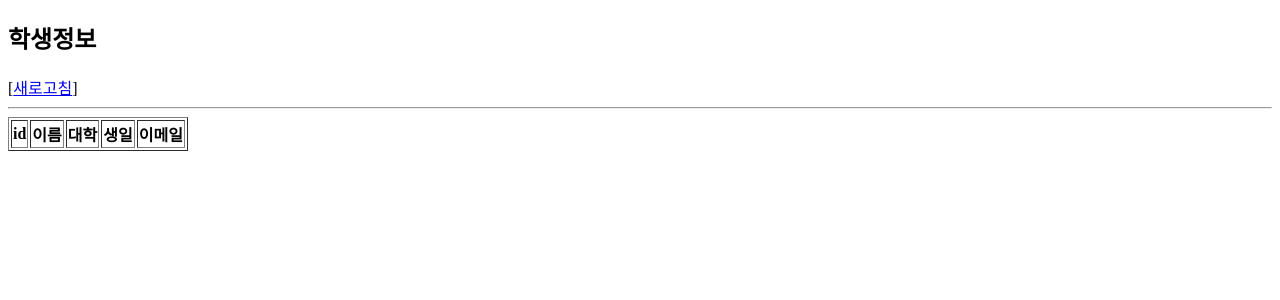
Repository: HappiKing/KNU_Database_ORACLE
Page: http://localhost/gg/studentControl
The author's editor kept a copy of each file at every save. The page is drawn from the files as they stood at one save, then again after the next save.
The browser window is 1280 px wide. The pictures show the whole page.
The page is served by Tomcat 9. Other server files are loaded and not shown. Queries for data that is not in the repository find no rows.

Above is the page before, as saved 2024-06-17 02:37:45.

### DB_futsal/test/gg/src/main/webapp/ch09/studentInfo.jsp
<%@ page language="java" contentType="text/html; charset=UTF-8"
    pageEncoding="UTF-8"%>
<%@ taglib uri="http://java.sun.com/jsp/jstl/core" prefix="c" %>

<!DOCTYPE html>
<html>
<head>
<meta charset="UTF-8">
<title>학생 정보</title>
</head>
<body>
  <h2>학생정보</h2>[<a href="/gg/studentControl">새로고침</a>]
  <hr>
  <table border = "1">
    <tr>
      <th>id</th>
      <th>이름</th>
      <th>대학</th>
      <th>생일</th>
      <th>이메일</th>
    </tr>
    <c:forEach items = "${students}" var="s">
      <tr>
        <td>${s.id }</td>
        <td>${s.username }</td>
        <td>${s.univ }</td>
        <td>${s.birth }</td>
        <td>${s.email }</td>
      </tr>
    </c:forEach>
  </table>
</body>
</html>

### DB_futsal/test/gg/src/main/java/ch09/studentControl.java
package ch09;

import java.io.IOException;

import javax.servlet.ServletConfig;
import javax.servlet.ServletException;
import javax.servlet.annotation.WebServlet;
import javax.servlet.http.HttpServlet;
import javax.servlet.http.HttpServletRequest;
import javax.servlet.http.HttpServletResponse;

import org.apache.commons.beanutils.BeanUtils;

/**
 * Servlet implementation class studentControl
 */
@WebServlet("/studentControl")
public class studentControl extends HttpServlet {
	private static final long serialVersionUID = 1L;

	StudentDAO dao;

	public void init(ServletConfig config) throws ServletException {
		super.init(config);
		dao = new StudentDAO();
	}

	protected void service(HttpServletRequest request, HttpServletResponse response) throws ServletException, IOException {
		// TODO Auto-generated method stub
		request.setCharacterEncoding("utf-8");
		String action = request.getParameter("action");
		String view ="";

		if(action == null) {
			getServletContext().getRequestDispatcher("/studentControl?action=list").forward(request, response);
		} else {
			switch(action) {
			case "list": view = list(request, response); break;
			}
			getServletContext().getRequestDispatcher("/ch09/" + view).forward(request, response);
		}
	}

	private String list(HttpServletRequest request, HttpServletResponse response) {
		request.setAttribute("students", dao.getAll());
		return "studentInfo.jsp";
	}


}

After the next save:
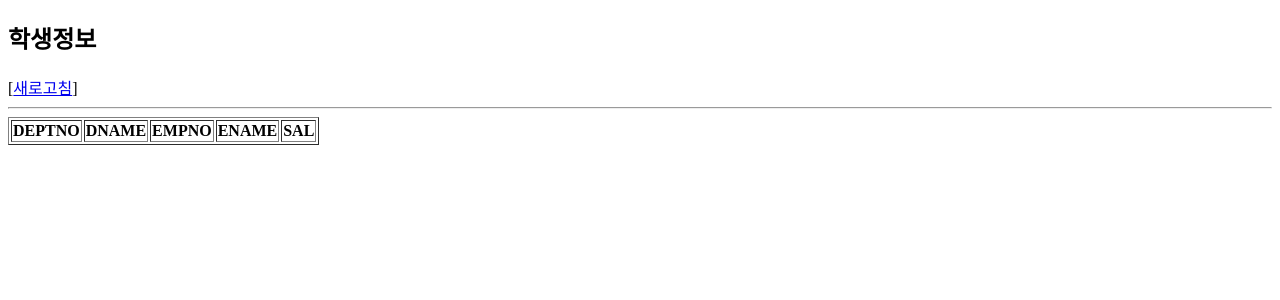
Saved 5 min 32 s later.
--- a/DB_futsal/test/gg/src/main/webapp/ch09/studentInfo.jsp
+++ b/DB_futsal/test/gg/src/main/webapp/ch09/studentInfo.jsp
@@ -13,19 +13,19 @@
   <hr>
   <table border = "1">
     <tr>
-      <th>id</th>
-      <th>이름</th>
-      <th>대학</th>
-      <th>생일</th>
-      <th>이메일</th>
+      <th>DEPTNO</th>
+      <th>DNAME</th>
+      <th>EMPNO</th>
+      <th>ENAME</th>
+      <th>SAL</th>
     </tr>
     <c:forEach items = "${students}" var="s">
       <tr>
-        <td>${s.id }</td>
-        <td>${s.username }</td>
-        <td>${s.univ }</td>
-        <td>${s.birth }</td>
-        <td>${s.email }</td>
+        <td>${s.DEPTNO }</td>
+        <td>${s.DNAME }</td>
+        <td>${s.EMPNO }</td>
+        <td>${s.ENAME }</td>
+        <td>${s.SAL }</td>
       </tr>
     </c:forEach>
   </table>
